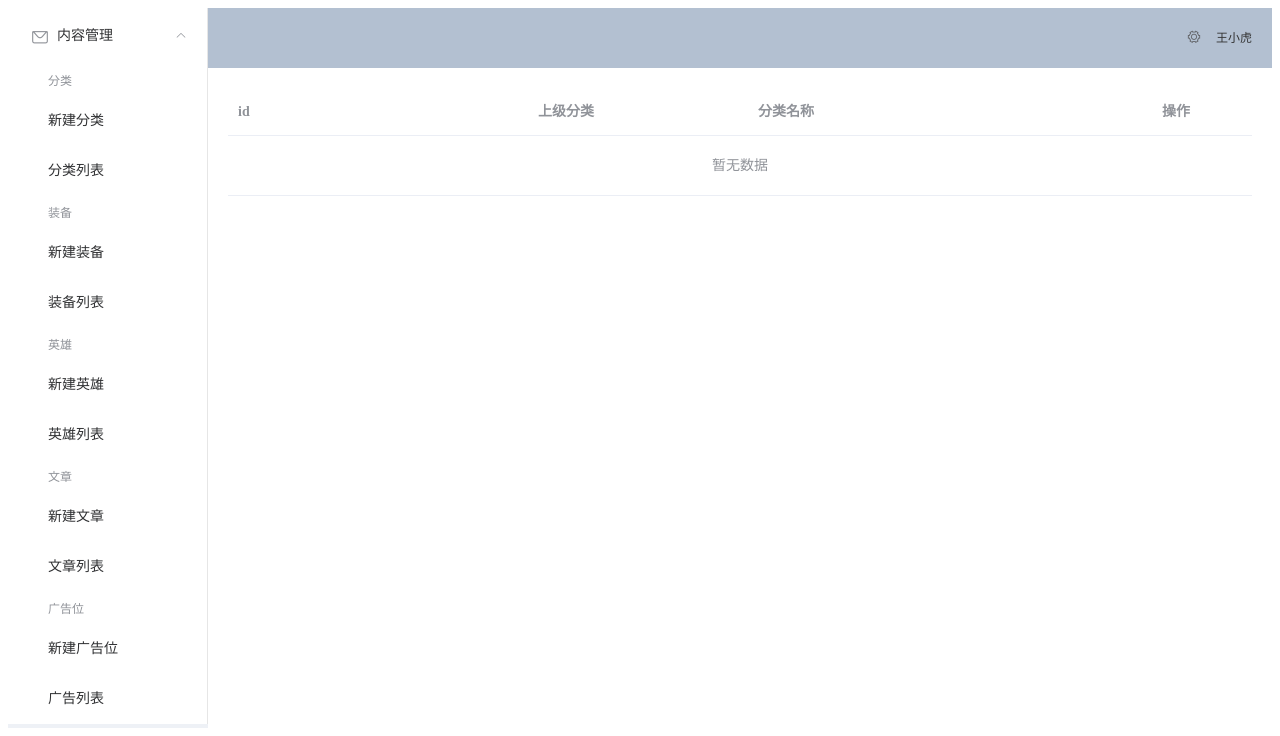
Repository: fish-zmy/wangzherongyao
Page: /#/categories/list (app in admin/)
These files come from the project's save history. The page is drawn as it stood at one moment and after the next save; the edit follows.
The browser window is 1280 px wide. The pictures show the whole page.
The page's requests for data from a server got no answer. The project was rebuilt for these pictures with package versions that can differ from the ones it lists, and the page was loaded fresh each time. No one was signed in, and anything a server would have sent is missing. Also part of the build but not shown: admin/vue.config.js, admin/src/views/CategoryEdit.vue, admin/src/views/ItemEdit.vue, admin/src/views/ItemList.vue, admin/src/views/HeroEdit.vue, admin/src/views/HeroList.vue, admin/src/views/ArticleEdit.vue, admin/src/views/ArticleList.vue and 3 more.

Above is the page before, as saved 2020-06-18 20:50:32.

### admin/src/main.js
import Vue from 'vue'
import App from './App.vue'
import router from './router'
import './plugins/element.js'

import './assets/style.css'

Vue.config.productionTip = false

import http from './http'
Vue.prototype.$http = http

new Vue({
  router,
  render: h => h(App)
}).$mount('#app')

### admin/src/App.vue
<template>
  <div id="app">

    <router-view/>
  </div>
</template>

<style scoped>
html,body{
  margin:0;
  padding:0;
}
</style>

### admin/src/router/index.js
import Vue from 'vue'
import VueRouter from 'vue-router'
import Main from '../views/Main.vue'
import CategoryEdit from '../views/CategoryEdit.vue'
import CategoryList from '../views/CategoryList.vue'
import ItemEdit from '../views/ItemEdit.vue'
import ItemList from '../views/ItemList.vue'
import HeroEdit from '../views/HeroEdit.vue'
import HeroList from '../views/HeroList.vue'
import ArticleEdit from '../views/ArticleEdit.vue'
import ArticleList from '../views/ArticleList.vue'
import AdEdit from '../views/AdEdit.vue'
import AdList from '../views/AdList.vue'

Vue.use(VueRouter)
// 解决ElementUI导航栏中的vue-router在3.0版本以上重复点菜单报错问题
const originalPush = VueRouter.prototype.push
VueRouter.prototype.push = function push(location) {
  return originalPush.call(this, location).catch(err => err)
}

const routes = [
  {
    path: '/',
    name: 'main',
    component: Main,
    children: [
      {
        path: '/categories/create',
        component: CategoryEdit
      }, {
        path: '/categories/list',
        component: CategoryList
      }, {
        path: '/categories/edit/:id',
        component: CategoryEdit, props: true
      },
      {
        path: '/items/create',
        component: ItemEdit
      }, {
        path: '/items/list',
        component: ItemList
      }, {
        path: '/items/edit/:id',
        component: ItemEdit, props: true
      },
      {
        path: '/heroes/create',
        component: HeroEdit
      }, {
        path: '/heroes/list',
        component: HeroList
      }, {
        path: '/heroes/edit/:id',
        component: HeroEdit, props: true
      },
      {
        path: '/articles/create',
        component: ArticleEdit
      }, {
        path: '/articles/list',
        component: ArticleList
      }, {
        path: '/articles/edit/:id',
        component: ArticleEdit, props: true
      },
      {
        path: '/ads/create',
        component: AdEdit
      }, {
        path: '/ads/list',
        component: AdList
      }, {
        path: '/ads/edit/:id',
        component: AdEdit, props: true
      }

    ]
  },

]


const router = new VueRouter({
  routes
})

export default router

### admin/src/http.js
import axios from 'axios'

const http =axios.create({
    baseURL:'http://localhost:3000/admin/api'
})

export default  http

### admin/src/views/Main.vue
<template>
  <el-container style="height: 100vh">
    <el-aside width="200px" style="background-color: rgb(238, 241, 246)">
      <el-menu router :default-openeds="['1']">
        <el-submenu index="1">
          <template slot="title">
            <i class="el-icon-message"></i>内容管理
          </template>
          <el-menu-item-group>
            <template slot="title">分类</template>
            <el-menu-item index="/categories/create">新建分类</el-menu-item>
            <el-menu-item index="/categories/list">分类列表</el-menu-item>
          </el-menu-item-group>
          <el-menu-item-group>
            <template slot="title">装备</template>
            <el-menu-item index="/items/create">新建装备</el-menu-item>
            <el-menu-item index="/items/list">装备列表</el-menu-item>
          </el-menu-item-group>
          <el-menu-item-group>
            <template slot="title">英雄</template>
            <el-menu-item index="/heroes/create">新建英雄</el-menu-item>
            <el-menu-item index="/heroes/list">英雄列表</el-menu-item>
          </el-menu-item-group>
          <el-menu-item-group>
            <template slot="title">文章</template>
            <el-menu-item index="/articles/create">新建文章</el-menu-item>
            <el-menu-item index="/articles/list">文章列表</el-menu-item>
          </el-menu-item-group>
           <el-menu-item-group>
            <template slot="title">广告位</template>
            <el-menu-item index="/ads/create">新建广告位</el-menu-item>
            <el-menu-item index="/ads/list">广告列表</el-menu-item>
          </el-menu-item-group>
        </el-submenu>
      </el-menu>
    </el-aside>

    <el-container>
      <el-header style="text-align: right; font-size: 12px">
        <el-dropdown>
          <i class="el-icon-setting" style="margin-right: 15px"></i>
          <el-dropdown-menu slot="dropdown">
            <el-dropdown-item>查看</el-dropdown-item>
            <el-dropdown-item>新增</el-dropdown-item>
            <el-dropdown-item>删除</el-dropdown-item>
          </el-dropdown-menu>
        </el-dropdown>
        <span>王小虎</span>
      </el-header>

      <el-main>
        <router-view></router-view>
      </el-main>
    </el-container>
  </el-container>
</template>


<style>
.el-header {
  background-color: #b3c0d1;
  color: #333;
  line-height: 60px;
}

.el-aside {
  color: #333;
}
</style>

<script>
export default {
  data() {
    const item = {
      date: "2016-05-02",
      name: "王小虎",
      address: "上海市普陀区金沙江路 1518 弄"
    };
    return {
      tableData: Array(20).fill(item)
    };
  }
};
</script>

### admin/src/views/CategoryList.vue
<template>
  <div class="about">
    <el-table :data="items">
      <el-table-column prop="_id" label="id" width="300"></el-table-column>
      <el-table-column prop="parent.name" label="上级分类" width="220"></el-table-column>
      <el-table-column prop="name" label="分类名称" ></el-table-column>
      <el-table-column fixed="right" label="操作" width="100">
        <template v-slot="scope">
          <el-button type="text" size="small"
          @click="$router.push(`/categories/edit/${scope.row._id}`)">编辑</el-button>
          <el-button type="text" size="small"
          @click="remove(scope.row)">删除</el-button>
        </template>
      </el-table-column>
    </el-table>
  </div>
</template>

<script>
export default {

  data() {
    return {
      items: []
    };
  },
  methods: {
    async fetch() {
      const res = await this.$http.get("/rest/categories");
      this.items = res.data;
    },
    async remove(row){//删除操作，弹出选框
      this.$confirm(`是否要删除分类"${row.name}"`, '提示', {
          confirmButtonText: '确定',
          cancelButtonText: '取消',
          type: 'warning'
        })
        .then( async() => {
          const res = await this.$http.delete(`/rest/categories/${row._id}`);
          this.$message({
            type: 'success',
            message: '删除成功!'
          });
          this.fetch();
        })
    }
  },
  created() {
    //页面渲染完毕时候就会自动执行
    this.fetch();
  }
};
</script>

Loaded but not shown: admin/public/index.html (common file); admin/src/plugins/element.js (common file)

After the next save:
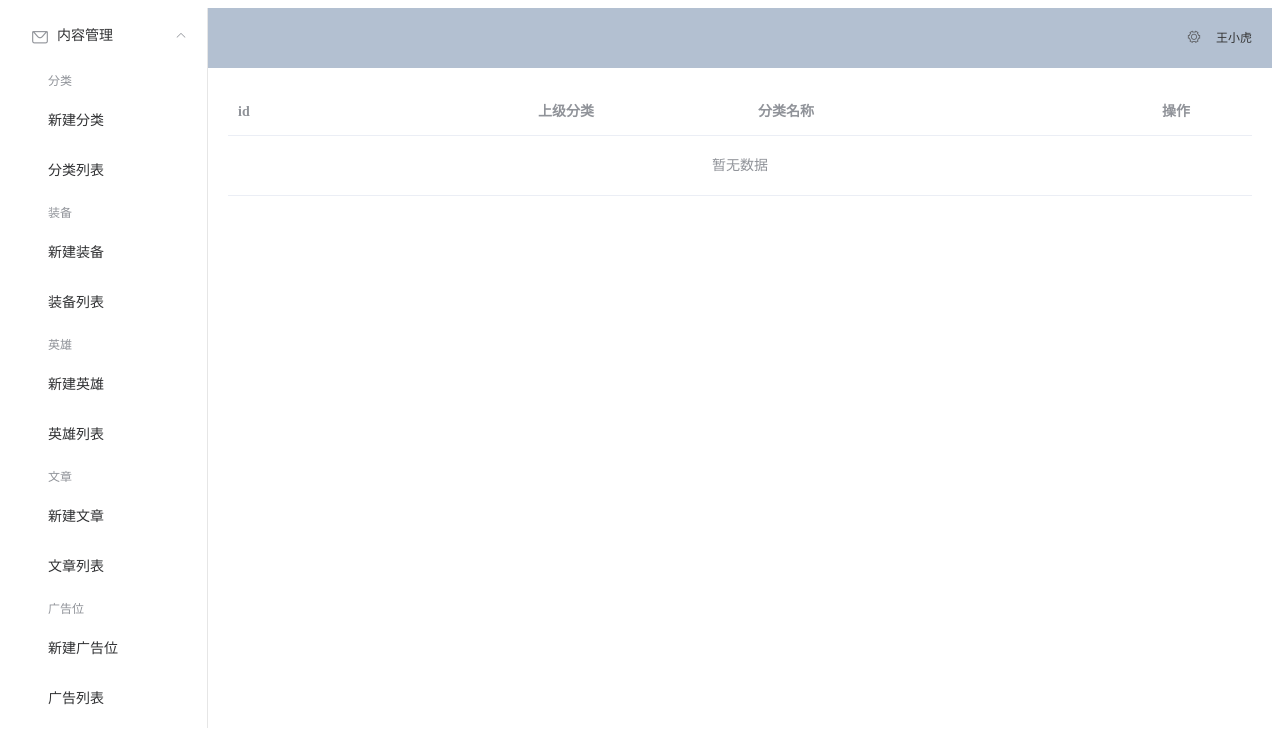
Saved 41 min 1 s later.
--- a/admin/src/views/Main.vue
+++ b/admin/src/views/Main.vue
@@ -30,6 +30,26 @@
             <template slot="title">广告位</template>
             <el-menu-item index="/ads/create">新建广告位</el-menu-item>
             <el-menu-item index="/ads/list">广告列表</el-menu-item>
+          </el-menu-item-group>
+        </el-submenu>
+         <el-submenu index="2">
+          <template slot="title">
+            <i class="el-icon-message"></i>运营管理
+          </template>
+           <el-menu-item-group>
+            <template slot="title">广告位</template>
+            <el-menu-item index="/ads/create">新建广告位</el-menu-item>
+            <el-menu-item index="/ads/list">广告列表</el-menu-item>
+          </el-menu-item-group>
+        </el-submenu>
+         <el-submenu index="3">
+          <template slot="title">
+            <i class="el-icon-message"></i>系统设置
+          </template>
+           <el-menu-item-group>
+            <template slot="title">管理员</template>
+            <el-menu-item index="/admin_users/create">新建管理员</el-menu-item>
+            <el-menu-item index="/admin_users/list">管理员列表</el-menu-item>
           </el-menu-item-group>
         </el-submenu>
       </el-menu>
